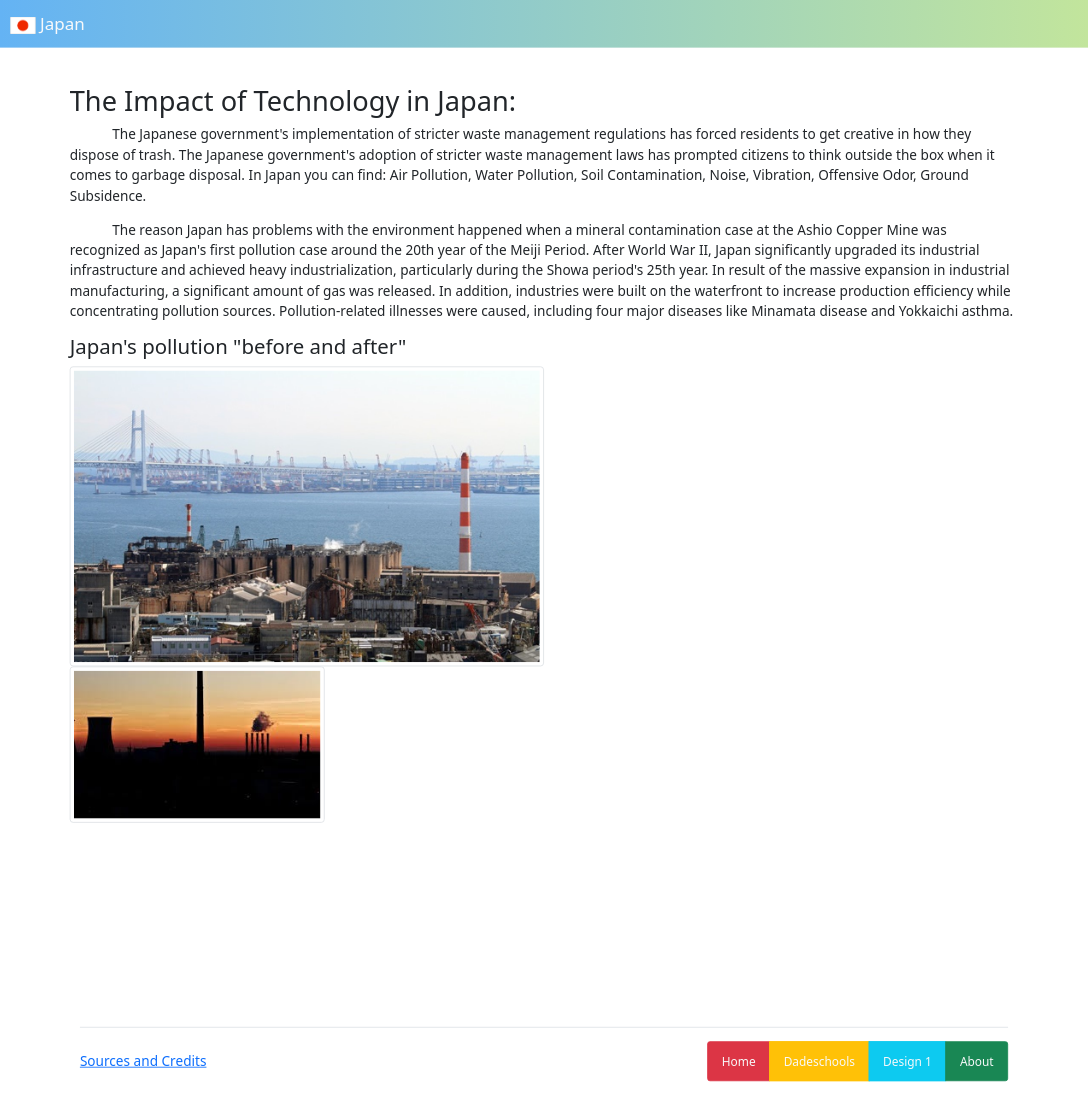
Repository: mrchilliballs/mrchilliballs.github.io
Page: untitled-2.html
The author's editor kept a copy of each file at every save. The page is drawn from the files as they stood at one save, then again after the next save.
The browser window is 1280 px wide. The pictures show the whole page, at 85% of full size.

Above is the page before, as saved 2021-09-02 19:06:17.

After the next save:
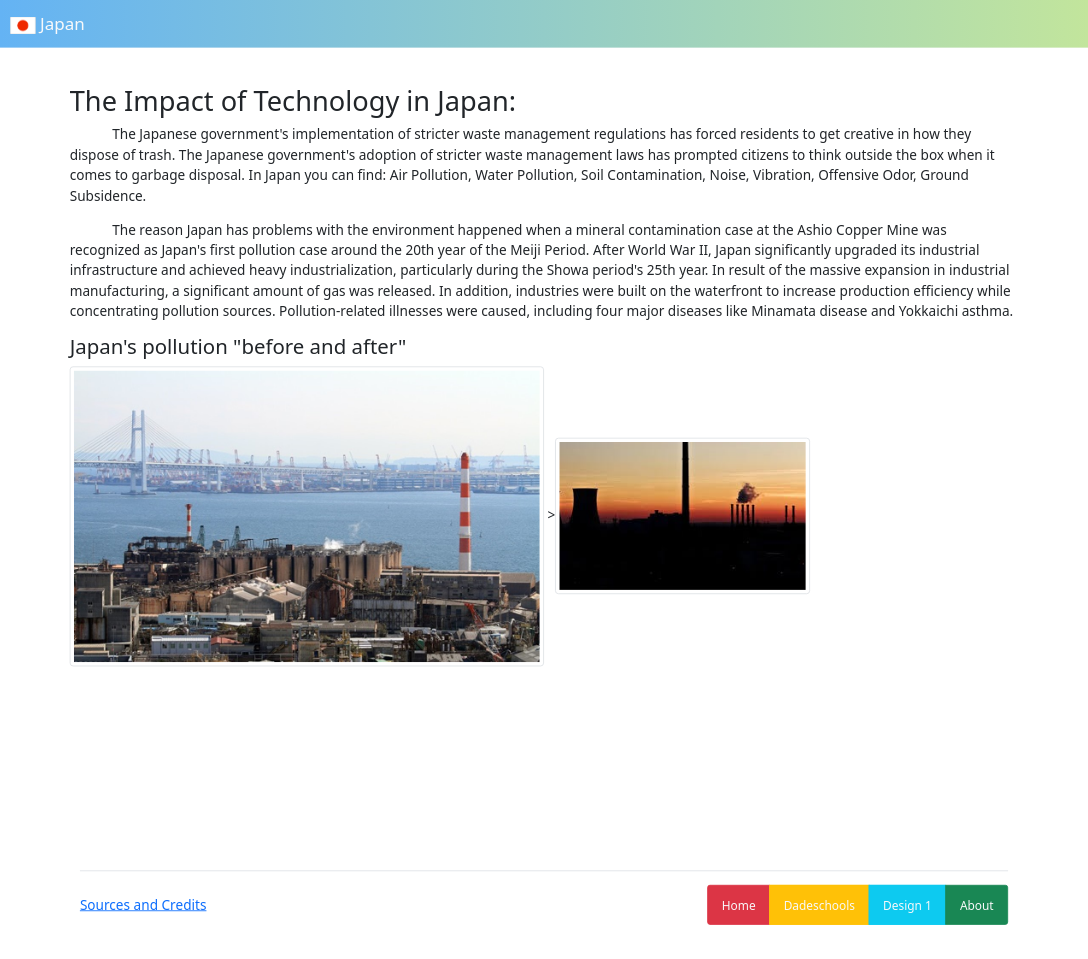
Saved 9 s later.
--- a/untitled-2.html
+++ b/untitled-2.html
@@ -36,8 +36,8 @@
 	<br></p><p style="text-indent: 50px;">The reason Japan has problems with the environment happened when a mineral contamination case at the Ashio Copper Mine was recognized as Japan's first pollution case around the 20th year of the Meiji Period. After World War II, Japan significantly upgraded its industrial infrastructure and achieved heavy industrialization, particularly during the Showa period's 25th year. In result of the massive expansion in industrial manufacturing, a significant amount of gas was released. In addition, industries were built on the waterfront to increase production efficiency while concentrating pollution sources. Pollution-related illnesses were caused, including four major diseases like Minamata disease and Yokkaichi asthma.
     </p>
     <h4>Japan's pollution "before and after"</h4>
-    <img src="Picture1.jpg" class="rounded img-thumbnail img-fluid" alt="..." height="50%" width="50%"></div>
-    <div class=""><img src="Picture2.jpg" class="rounded img-thumbnail img-fluid" alt="..." height="75%"></div>
+    <img src="Picture1.jpg" class="rounded img-thumbnail img-fluid  alt="..." height="50%" width="50%">
+    ><img src="Picture2.jpg" class="rounded img-thumbnail img-fluid" alt="..." height="75%">
     <div style="margin-bottom: 15rem;"></div>
         <div class="container">
             <footer class="d-flex flex-wrap justify-content-between align-items-center py-3 my-4 border-top" style="">
